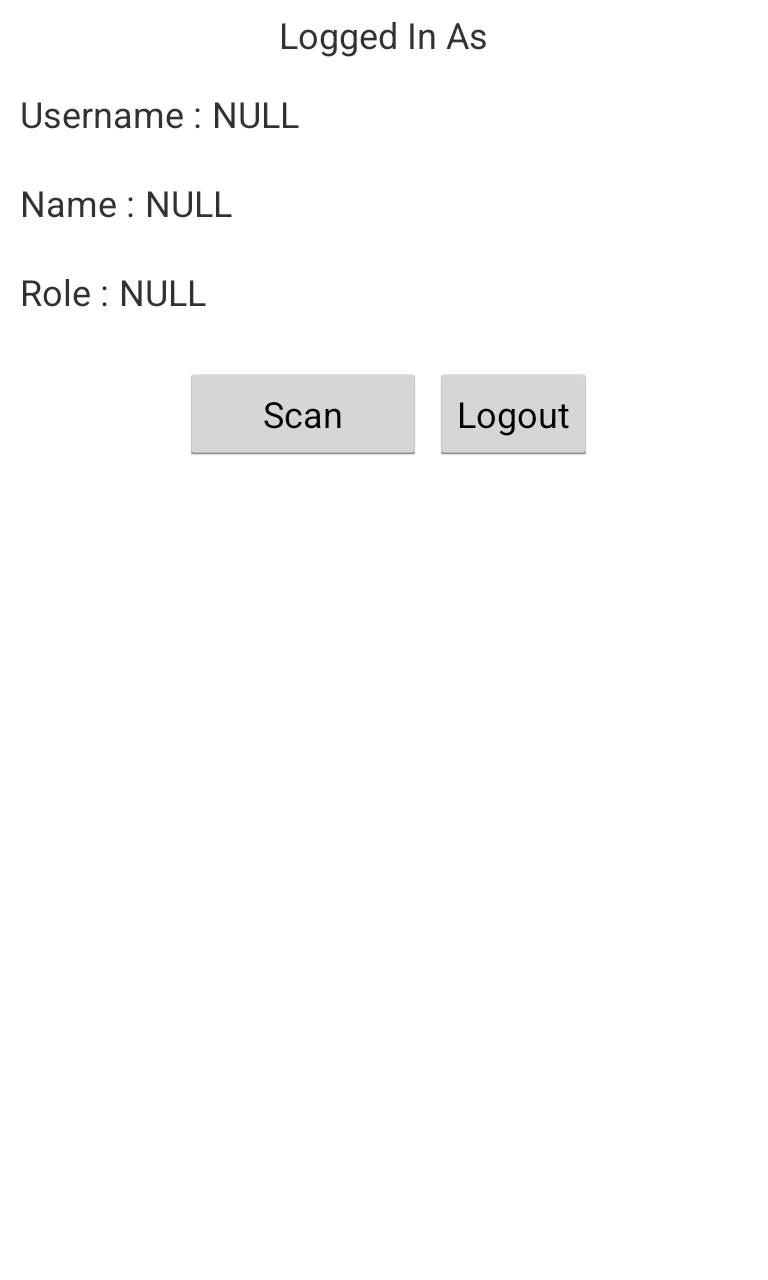
Repository: LennoxAlexion/UID
Layout: Android App/Uid-Project/res/layout/activity_sec_page.xml
These files come from the project's save history. The layout is drawn as it stood at one moment and after the next save; the edit follows.
It is drawn on a 768 x 1280 px phone screen (xhdpi) without system bars, with theme AppTheme; the app's code is not run.

Above is the layout before, as saved 2015-03-29 06:21:39.

### Android App/Uid-Project/res/layout/activity_sec_page.xml
<?xml version="1.0" encoding="utf-8"?>
<LinearLayout xmlns:android="http://schemas.android.com/apk/res/android"
    android:layout_width="match_parent"
    android:layout_height="match_parent"
    android:orientation="vertical" >

    <TextView
        android:layout_width="wrap_content"
        android:layout_height="wrap_content"
        android:layout_gravity="center_horizontal"
        android:layout_margin="5dp"
        android:gravity="center"
        android:text="Logged In As"
        android:textSize="18dp" />

    <LinearLayout
        android:layout_width="fill_parent"
        android:layout_height="wrap_content"
        android:layout_margin="5dp"
        android:orientation="horizontal"
        android:padding="5dp" >

        <TextView
            android:layout_width="wrap_content"
            android:layout_height="wrap_content"
            android:text="Username :"
            android:textSize="18dp" />

        <TextView
            android:id="@+id/TextView_Username"
            android:layout_width="wrap_content"
            android:layout_height="wrap_content"
            android:layout_marginLeft="5dp"
            android:text="NULL"
            android:textSize="18dp" />
    </LinearLayout>

    <LinearLayout
        android:layout_width="fill_parent"
        android:layout_height="wrap_content"
        android:layout_margin="5dp"
        android:orientation="horizontal"
        android:padding="5dp" >

        <TextView
            android:layout_width="wrap_content"
            android:layout_height="wrap_content"
            android:text="Name :"
            android:textSize="18dp" />

        <TextView
            android:id="@+id/TextView_Name"
            android:layout_width="wrap_content"
            android:layout_height="wrap_content"
            android:layout_marginLeft="5dp"
            android:text="NULL"
            android:textSize="18dp" />
    </LinearLayout>

    <LinearLayout
        android:layout_width="fill_parent"
        android:layout_height="wrap_content"
        android:layout_margin="5dp"
        android:orientation="horizontal"
        android:padding="5dp" >

        <TextView
            android:layout_width="wrap_content"
            android:layout_height="wrap_content"
            android:text="Role :"
            android:textSize="18dp" />

        <TextView
            android:id="@+id/TextView_Role"
            android:layout_width="wrap_content"
            android:layout_height="wrap_content"
            android:layout_marginLeft="5dp"
            android:text="NULL"
            android:textSize="18dp" />
    </LinearLayout>

    <LinearLayout
        android:layout_width="fill_parent"
        android:layout_height="wrap_content"
        android:layout_gravity="center_horizontal"
        android:layout_margin="5dp"
        android:gravity="center"
        android:orientation="horizontal"
        android:padding="5dp" >

        <Button
            android:id="@+id/Button_Sec_Page_Scan"
            android:layout_width="120dp"
            android:layout_height="wrap_content"
            android:layout_margin="5dp"

            android:text="Scan" />

        <Button
            android:id="@+id/Button_Logout"
            android:layout_width="wrap_content"
            android:layout_height="wrap_content"

            android:text="Logout" />

    </LinearLayout>

</LinearLayout>

Loaded but not shown: Android App/Uid-Project/res/values/styles.xml (common file); Android App/Uid-Project/res/values-v11/styles.xml (common file); Android App/Uid-Project/res/values-v14/styles.xml (common file); Android App/Uid-Project/res/values-v21/styles.xml (common file)

After the next save:
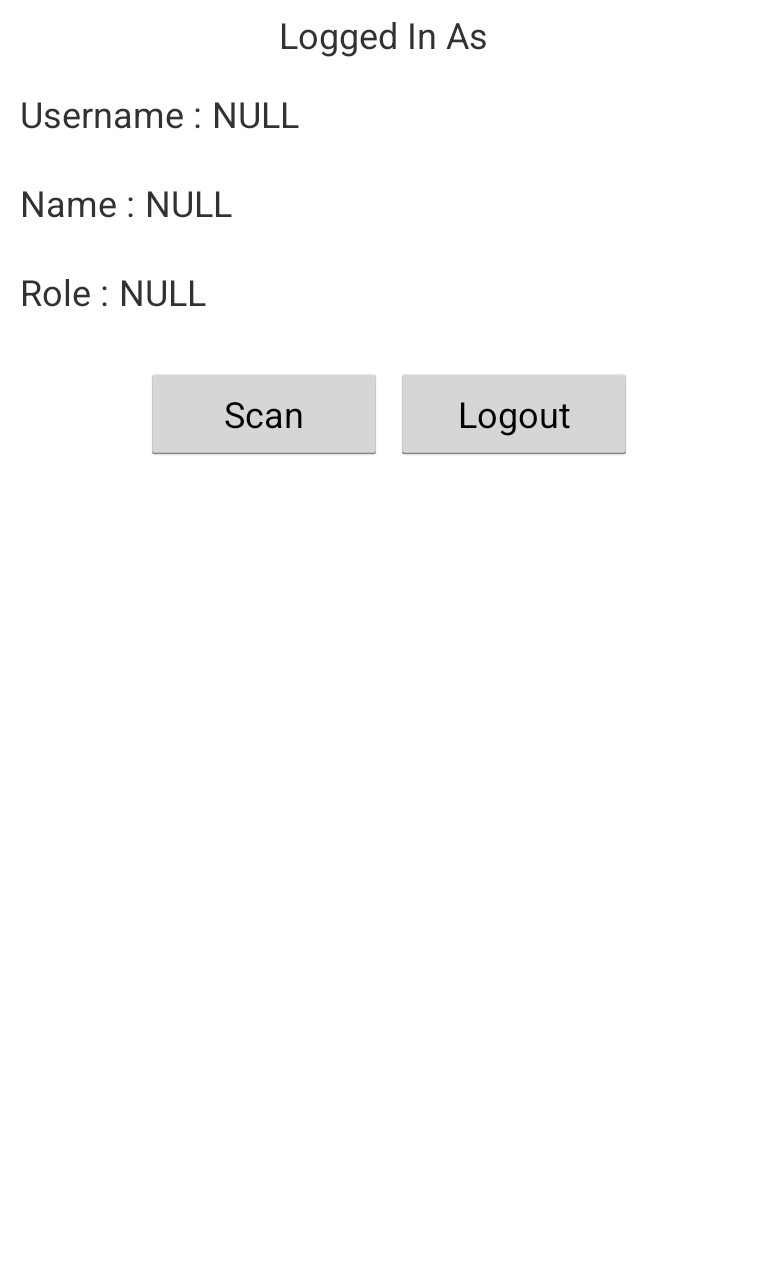
Saved 9 s later.
--- a/Android App/Uid-Project/res/layout/activity_sec_page.xml
+++ b/Android App/Uid-Project/res/layout/activity_sec_page.xml
@@ -98,7 +98,7 @@
 
         <Button
             android:id="@+id/Button_Logout"
-            android:layout_width="wrap_content"
+            android:layout_width="120dp"
             android:layout_height="wrap_content"
 
             android:text="Logout" />
